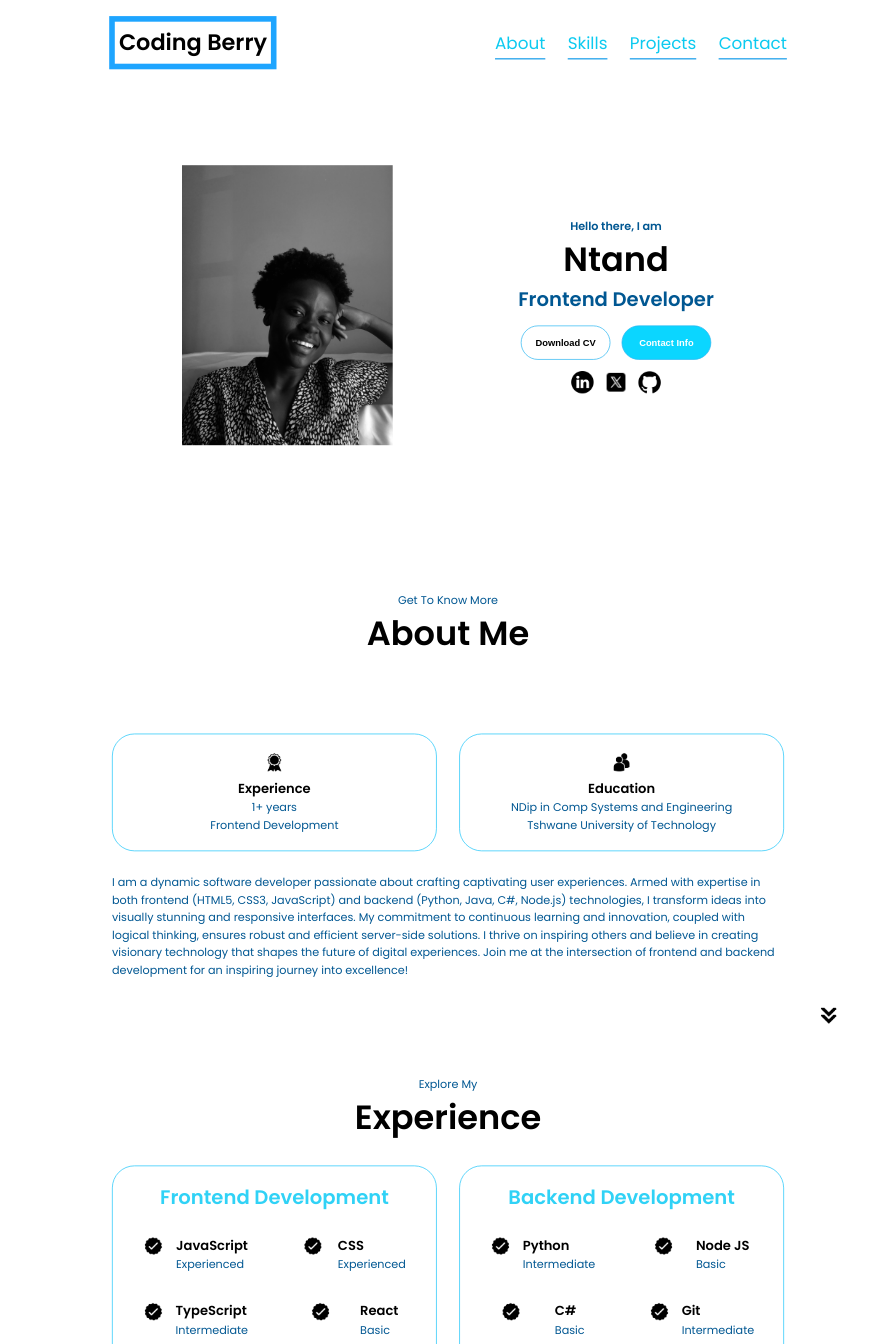
Repository: ntandomagana/FS-Dev-Portfolio
Page: index.html
These files come from the project's save history. The page is drawn as it stood at one moment and after a run of saves; the edit follows.
The browser window is 1280 px wide. The pictures show the part of the page from y = 0 to 1920 px (the page is 3177 px tall), at 70% of full size.

Above is the page before, as saved 2024-05-04 21:23:29.

After the next 2 saves:
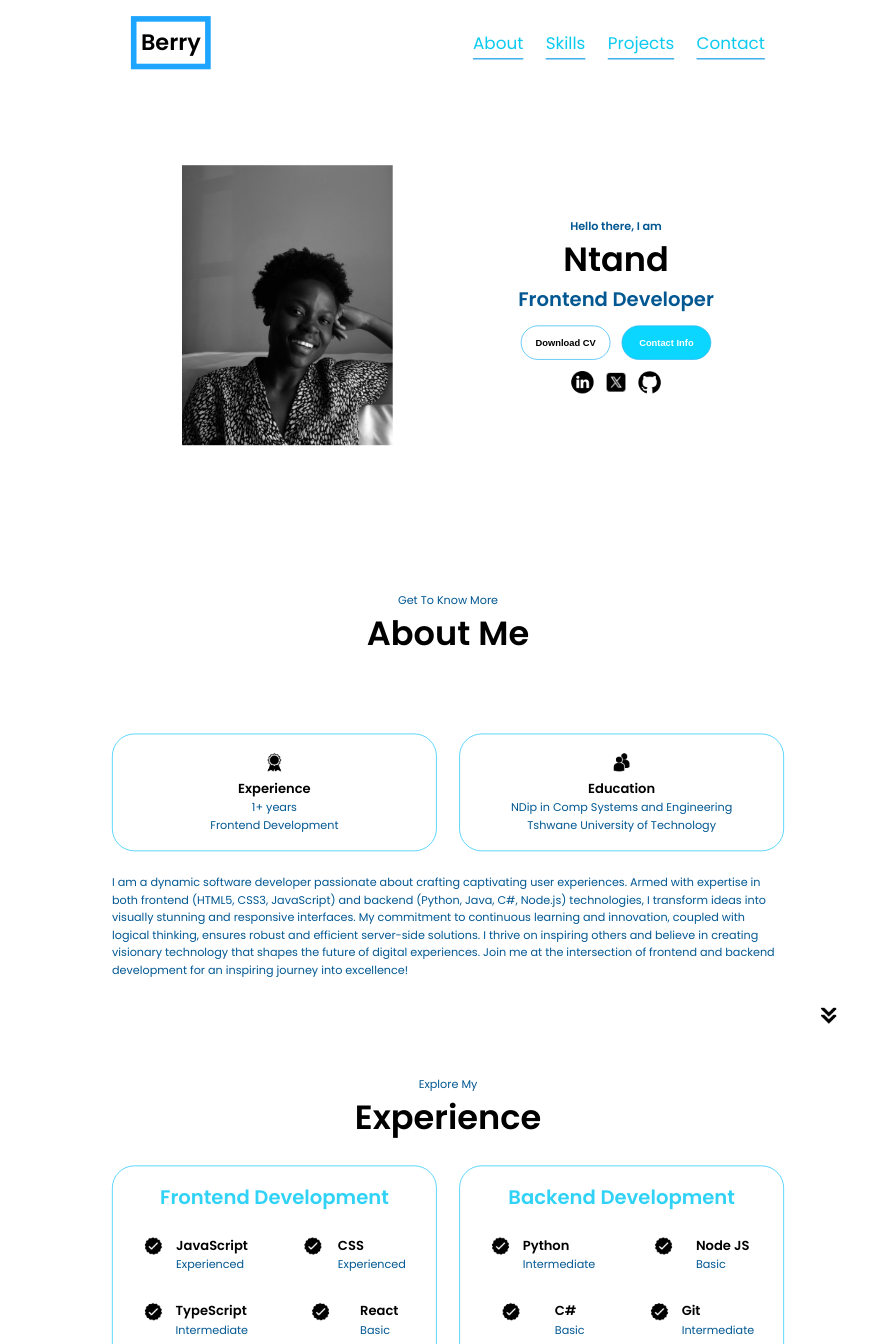
The 2 saves are shown as one change because they came seconds apart.
The last was saved 84 s later.
--- a/index.html
+++ b/index.html
@@ -10,7 +10,7 @@
   </head>
   <body>
     <nav id="desktop-nav">
-      <div class="logo">Coding Berry</div>
+      <div class="logo">Berry</div>
       <div>
         <ul class="nav-links">
           <li><a href="#about">About</a></li>
